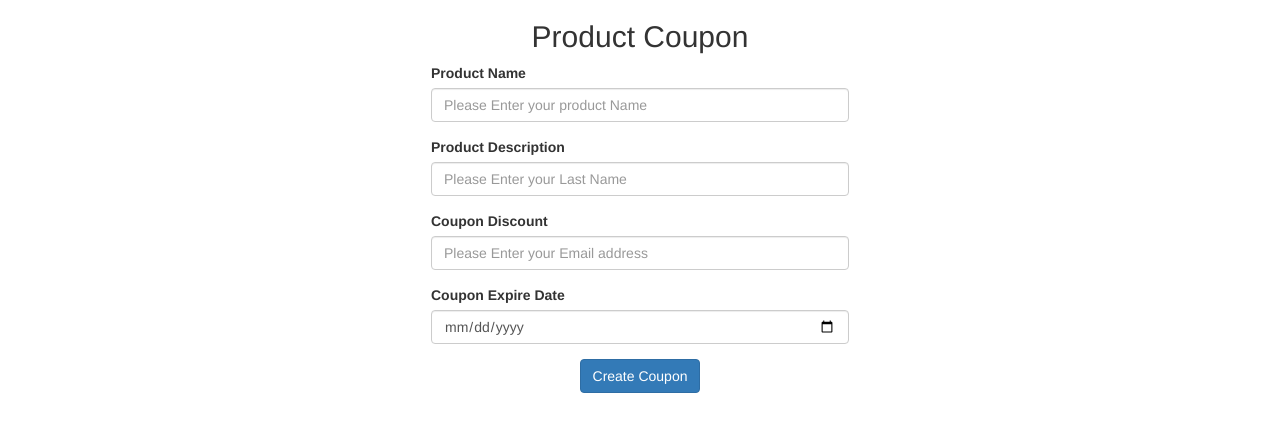
Repository: krutishilp/Sample
Page: http://localhost/couponandproductproject/createProduct.jsp
The author's editor kept a copy of each file at every save. The page is drawn from the files as they stood at one save, then again after the next save.
The browser window is 1280 px wide. The pictures show the whole page.
The page is served by Tomcat 9. Other server files are loaded and not shown.

Above is the page before, as saved 2020-09-04 06:38:20.

### JAVA-Eclipse-workspace/couponandproductproject/src/main/webapp/createProduct.jsp
<!DOCTYPE html>
<html>
<head>
<meta charset="ISO-8859-1">
<title>Create Coupon</title>
<link rel="stylesheet"
	href="https://maxcdn.bootstrapcdn.com/bootstrap/3.3.7/css/bootstrap.min.css"
	integrity="sha384-BVYiiSIFeK1dGmJRAkycuHAHRg32OmUcww7on3RYdg4Va+PmSTsz/K68vbdEjh4u"
	crossorigin="anonymous">
<style type="text/css">
.container {
	width: 35%;
	align-content: center;
}
</style>

</head>
<body>
	<div class="container">

		<form action="product" method="post">
			<h2 class="text-center">Product Coupon</h2>

			<div class="form-group">
				<label for="productname">Product Name</label> <input type="text"
					class="form-control" name="productName" id="productname" required
					placeholder="Please Enter your product Name">
			</div>

			<div class="form-group">
				<label for="pdescription">Product Description</label> <input type="text"
					class="form-control" name="productDescription" id="pdescription" required
					placeholder="Please Enter your Last Name">
			</div>

			<div class="form-group">
				<label for="coupondiscount">Coupon Discount</label> <input type="number"
					class="form-control" name="couponDiscount" id="coupondiscount" required
					placeholder="Please Enter your Email address">
			</div>

			<div class="form-group">
				<label for="couponEXPDate">Coupon Expire Date</label> <input type="date"
					class="form-control" name="couponExpiryDate" id="couponEXPDate" required>
			</div>
			<div class="form-group">
				<input type="hidden"
					class="form-control" name="action" value="createCoupon" required>
			</div>
			<div class="text-center">
				<input type="submit" class="btn btn-primary"
					value="Create Coupon">
			</div>
		</form>
	</div>

</body>
</html>

After the next save:
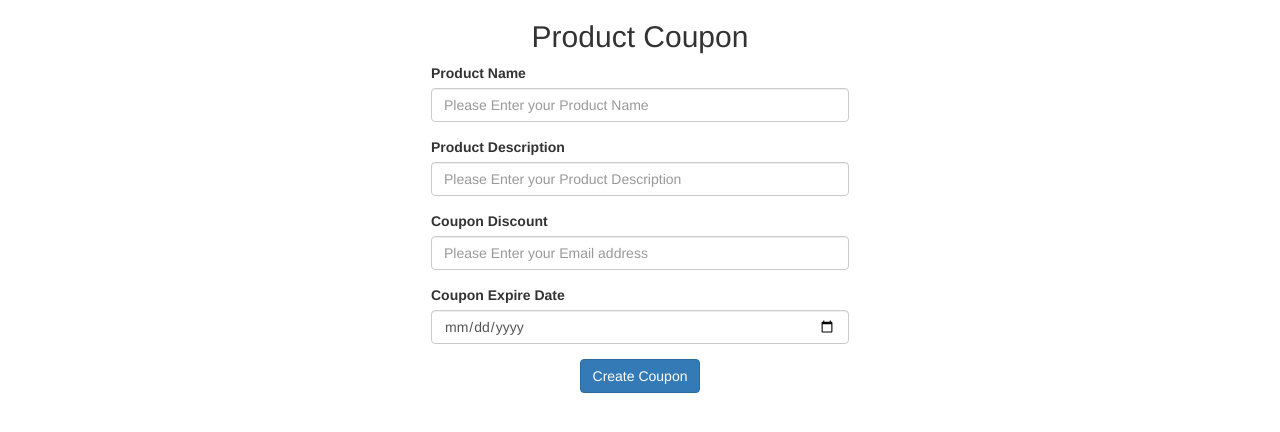
Saved 12 s later.
--- a/JAVA-Eclipse-workspace/couponandproductproject/src/main/webapp/createProduct.jsp
+++ b/JAVA-Eclipse-workspace/couponandproductproject/src/main/webapp/createProduct.jsp
@@ -24,13 +24,13 @@
 			<div class="form-group">
 				<label for="productname">Product Name</label> <input type="text"
 					class="form-control" name="productName" id="productname" required
-					placeholder="Please Enter your product Name">
+					placeholder="Please Enter your Product Name">
 			</div>
 
 			<div class="form-group">
 				<label for="pdescription">Product Description</label> <input type="text"
 					class="form-control" name="productDescription" id="pdescription" required
-					placeholder="Please Enter your Last Name">
+					placeholder="Please Enter your Product Description">
 			</div>
 
 			<div class="form-group">
